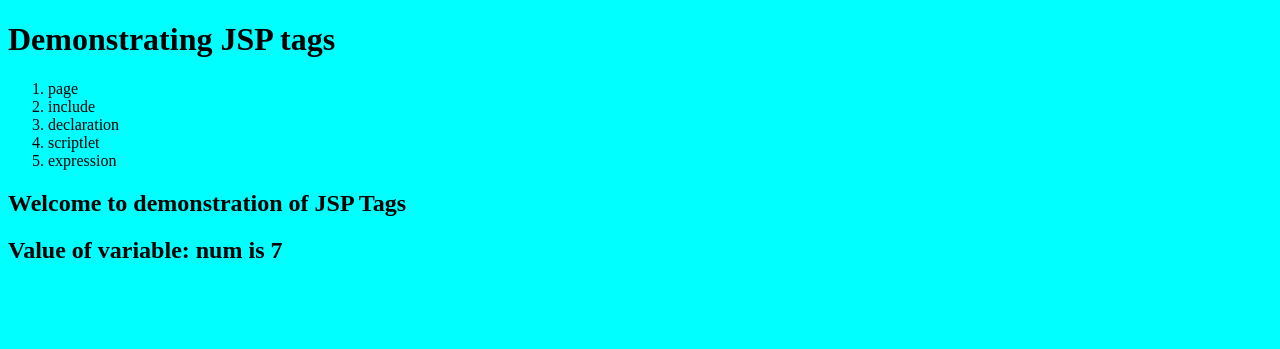
Repository: PallaviWalve/Advance-Java
Page: http://localhost/Web_Project/jsp_tags_demo.jsp
An editor plug-in stored every save of this project. The page is shown before and after the next save, followed by the edit.
The browser window is 1280 px wide. The pictures show the whole page.
The page is served by Tomcat 10.

Above is the page before, as saved 2024-06-06 04:21:05.

After the next save:
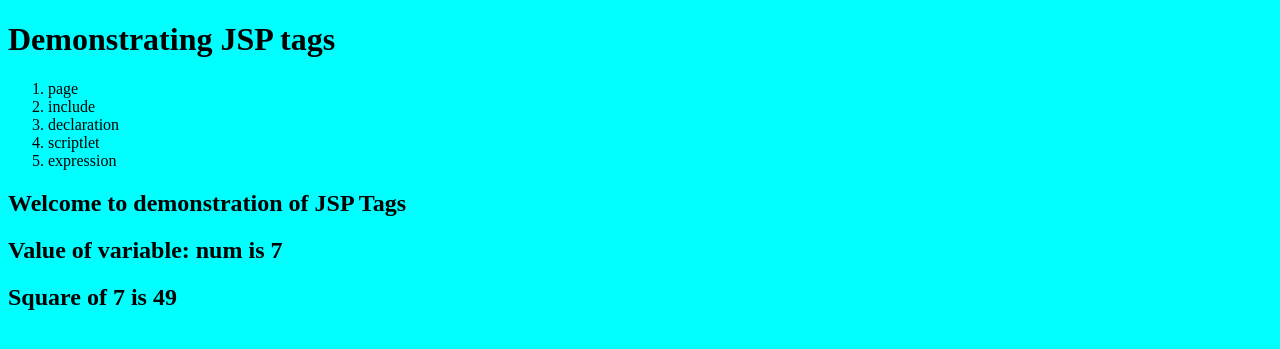
Saved 111 s later.
--- a/Web_Project/src/main/webapp/jsp_tags_demo.jsp
+++ b/Web_Project/src/main/webapp/jsp_tags_demo.jsp
@@ -17,6 +17,7 @@
 
 	<%--Using the variable and method through expression --%>
 	<h2>Value of variable: num is <%=num %></h2>
+	<h2>Square of <%=num %> is <%=(num * num) %></h2>
 
 </body>
 </html>
